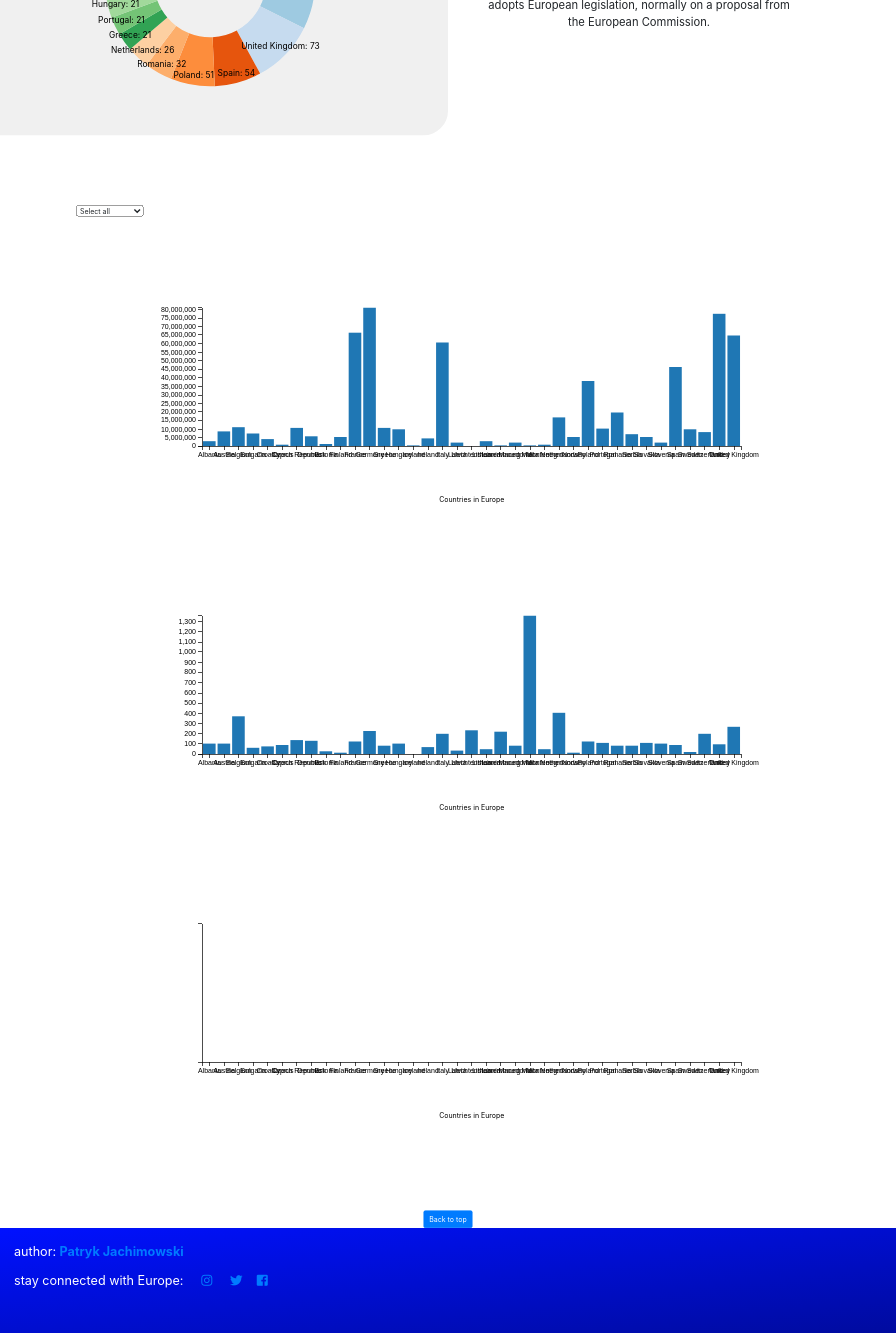
Repository: pjachimowski/renewable
Page: index.html
The author's editor kept a record of every edit. The page is drawn from the files as they stood at one moment, then again after the next edit.
The browser window is 1280 px wide. The pictures show the part of the page from y = 2905 to 4825 px (the page is 4810 px tall before and 4825 px after), at 70% of full size.
Backgrounds fixed to the window are drawn as part of the page. Some web fonts or font styles are not loaded; a fallback is used. Some web libraries are served in a nearby version.

Above is the page before.

After the next edit:
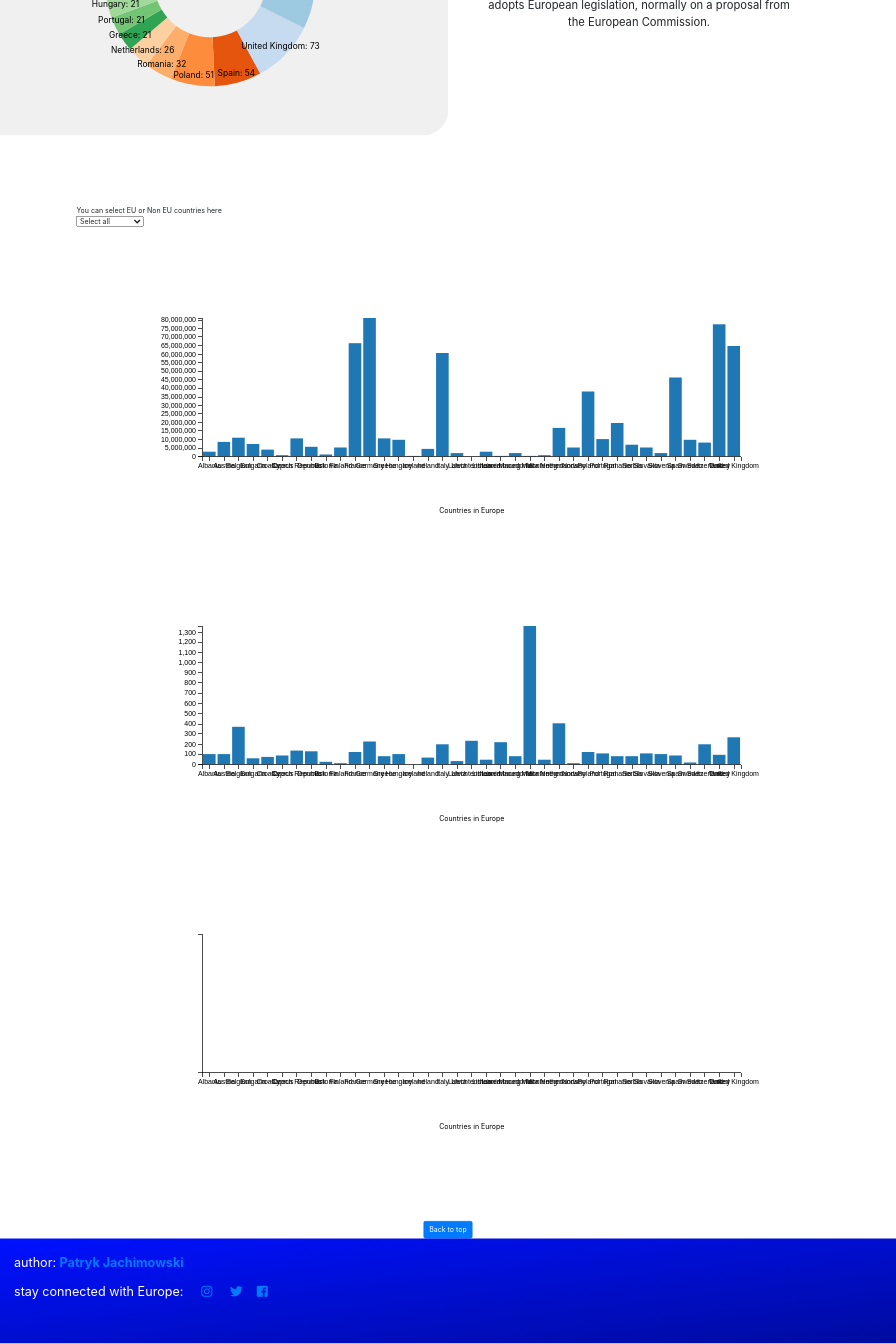
The edit:
--- a/index.html
+++ b/index.html
@@ -178,7 +178,9 @@
         <div class="row chart1">
             <div class="col-1">
             </div>
-            <div class="col-10 card-styling-3" id="selector"></div>
+            <div class="col-10 card-styling-3" id="selector">
+                <div class="selecter-in">You can select EU or Non EU countries here</div>
+                </div>
             <div class="col-1">
             </div>
         </div>
